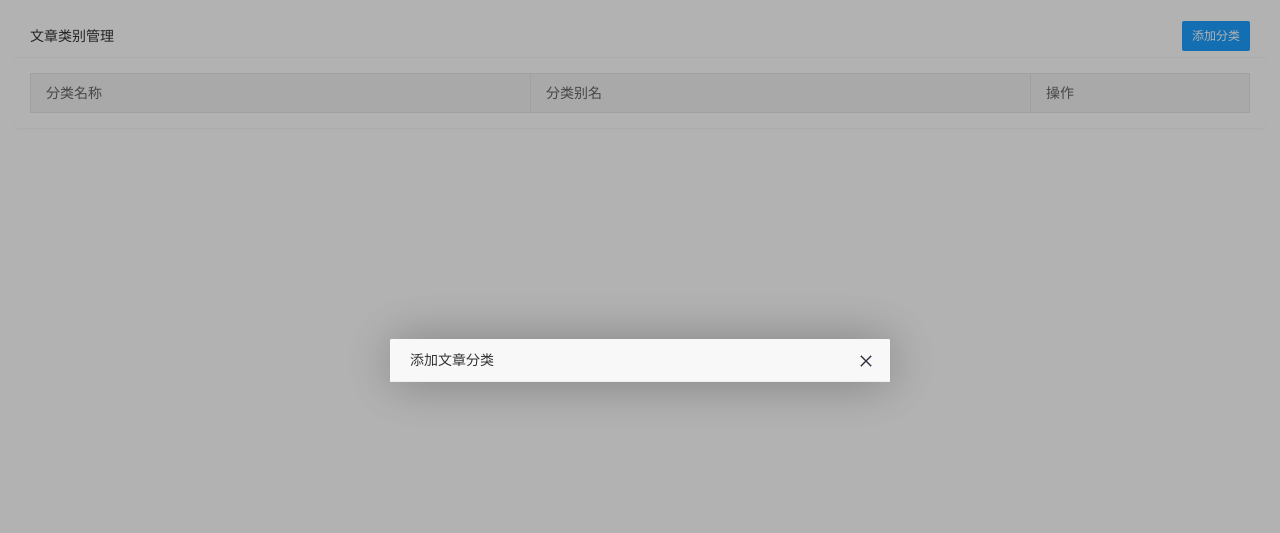
Repository: xxsleep/-
Page: home/article/art_cate.html
The author's editor kept a copy of each file at every save. The page is drawn from the files as they stood at one save, then again after the next save.
The browser window is 1280 px wide. The pictures show the whole page.
After loading, the first visible `#upBtn` was clicked once.
The page's requests for data from a server got no answer.

Above is the page before, as saved 2020-11-27 20:55:07.
Console error: TypeError: Cannot read properties of undefined (reading 'status')

### home/article/art_cate.html
<!DOCTYPE html>
<html lang="en">

<head>
    <meta charset="UTF-8">
    <meta name="viewport" content="width=device-width, initial-scale=1.0">
    <title>Document</title>
    <link rel="stylesheet" href="/assets/lib/layui/css/layui.css">
    <link rel="stylesheet" href="/assets/css/article/art_cate.css">
</head>

<body>
    <div class="layui-card">
        <div class="layui-card-header">
            文章类别管理
            <button type="button" class="layui-btn layui-btn-sm layui-btn-normal" id="upBtn">添加分类</button>
        </div>
        <div class="layui-card-body">
            <table class="layui-table">
                <colgroup>
                    <col width="500">
                    <col width="500">
                    <col>
                </colgroup>
                <thead>
                    <tr>
                        <th>分类名称</th>
                        <th>分类别名</th>
                        <th>操作</th>
                    </tr>
                </thead>
                <tbody>
                    <!-- <tr>
                        <td>贤心</td>
                        <td>2016-11-29</td>
                        <td>人生就像是一场修行1</td>
                    </tr> -->
                </tbody>
            </table>
        </div>
    </div>


    <script type="text/html" id="model">
        {{each data v i}}
        <tr>
            <td>{{v.name}}</td>
            <td>{{v.alias}}</td>
            <td>
                <button type="button" class="layui-btn layui-btn-xs" data_id{{v.Id}}>编辑</button>
                <button type="button" class="layui-btn layui-btn-danger layui-btn-xs" data_id{{v.Id}}>删除</button>
            </td>
        </tr>
        {{/each}}
    </script>

    <script type="text/html" id="addForm">
        <form class="layui-form" action="">
            <div class="layui-form-item">
                <label class="layui-form-label">分类名称</label>
                <div class="layui-input-block">
                    <input type="text" name="title" required lay-verify="required" placeholder="请输入名称"
                        autocomplete="off" class="layui-input">
                </div>
            </div>
            <div class="layui-form-item">
                <label class="layui-form-label">分类别名</label>
                <div class="layui-input-block">
                    <input type="text" name="title" required lay-verify="required" placeholder="请输入别名"
                        autocomplete="off" class="layui-input">
                </div>
            </div>
            <div class="layui-form-item">
                <div class="layui-input-block">
                    <button class="layui-btn" lay-submit lay-filter="formDemo">确认添加</button>
                    <button type="reset" class="layui-btn layui-btn-primary">重置</button>
                </div>
            </div>
        </form>
    </script>


    <script src="/assets/lib/jquery.js"></script>
    <script src="/assets/lib/layui/layui.all.js"></script>
    <script src="/assets/lib/template-web.js"></script>
    <script src="/assets/js/ajaxBase.js"></script>
    <script src="/assets/js/article/art_cate.js"></script>
</body>

</html>

### assets/css/article/art_cate.css
* {
    margin: 0;
    padding: 0;
}

body {
    padding: 15px;
}

.layui-card-header {
    display: flex;
    justify-content: space-between;
    align-items: center;
}

#upBtn {
    line-height: 30px;
}

.layui-form {
    padding-top: 20px;
    padding-right: 30px;
    padding-bottom: 10px;
}

### assets/js/ajaxBase.js
$.ajaxPrefilter(function (options) {
    options.url = "http://ajax.frontend.itheima.net" + options.url;

    if (options.url.indexOf("/my/") !== -1) {
        options.headers = {
            Authorization: localStorage.getItem("token"),
        };
    }

    options.complete = function (xhr) {
        if (xhr.responseJSON.status === 1 && xhr.responseJSON.message === '身份认证失败') {
            localStorage.removeItem('token')
            location.href = '/home/login.html'
        }
    }





});

### assets/js/article/art_cate.js
$(function () {
    let layer = layui.layer
    getCate()

    function getCate() {
        $.ajax({
            url: '/my/article/cates',
            success: function (res) {
                console.log(res);

                $('tbody').html(template('model', res))
            }
        })
    }
    let index
    $('#upBtn').click(function () {
        index = layer.open({
            type: 1,
            title: '添加文章分类',
            area: '500px',
            content: $("#form").html(),
        });
    })

    $('body').on('submit', '#form', function () {
        let data = form.val("#form")
        console.log(data);
    })
})

Loaded but not shown: assets/lib/layui/css/layui.css (library); assets/lib/jquery.js (library); assets/lib/layui/layui.all.js (library); assets/lib/template-web.js (library); assets/lib/layui/css/modules/laydate/default/laydate.css (library); assets/lib/layui/css/modules/layer/default/layer.css (library); assets/lib/layui/css/modules/code.css (common file)

After the next save:
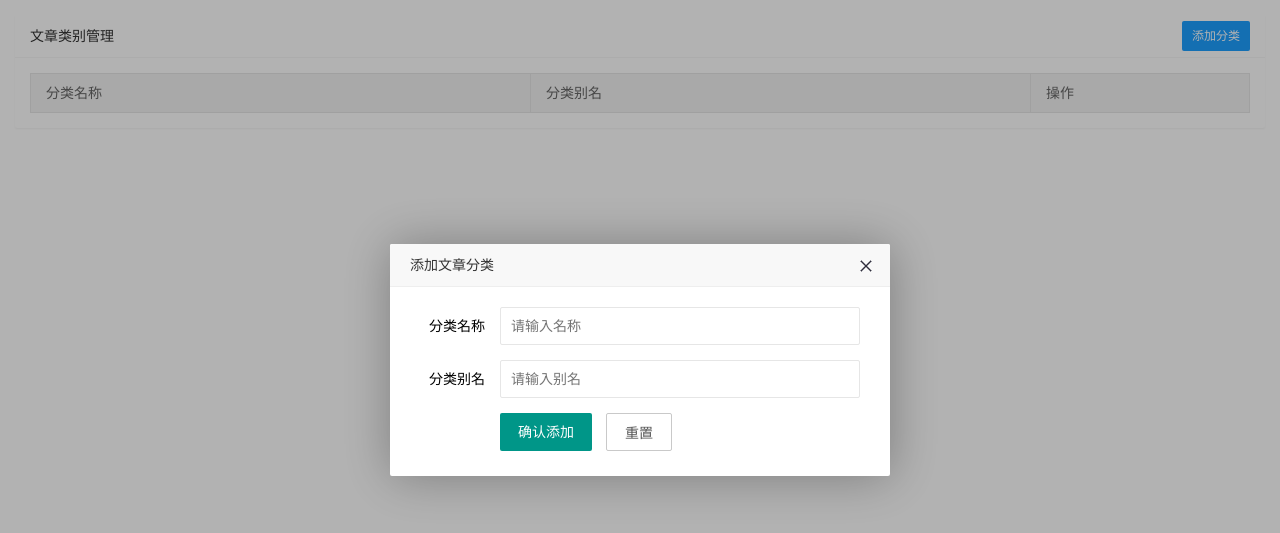
Saved 40 s later.
--- a/assets/js/article/art_cate.js
+++ b/assets/js/article/art_cate.js
@@ -18,7 +18,7 @@ $(function () {
             type: 1,
             title: '添加文章分类',
             area: '500px',
-            content: $("#form").html(),
+            content: $("#addForm").html(),
         });
     })
 
